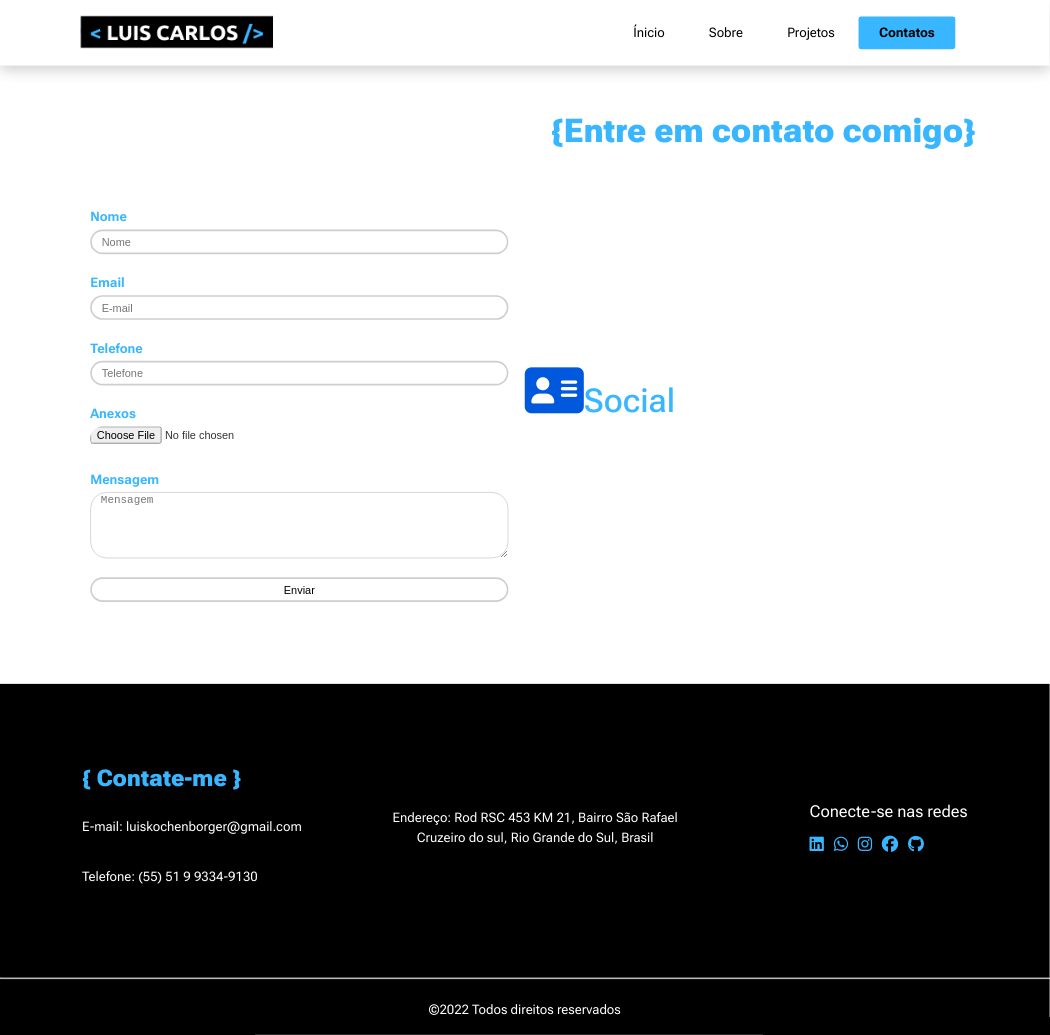
Repository: Iluiscarlos/SitePortifolio
Page: contacts.html
An editor plug-in stored every save of this project. The page is shown before and after the next save, followed by the edit.
The browser window is 1280 px wide. The pictures show the whole page, at 82% of full size.
Some web libraries are served in a nearby version.

Above is the page before, as saved 2022-05-25 17:24:34.

### contacts.html
<!DOCTYPE html>
<html lang="pt-BR">

<head>
    <meta charset="UTF-8">
    <meta name="viewport" content="width=device-width, initial-scale=1.0">
    <meta http-equiv="X-UA-Compatible" content="ie=edge">
    <title>Luís Carlos</title>
    <link rel="stylesheet" href="Styles/base/reset.css">
    <link rel="stylesheet" href="Styles/base/variables.css">
    <link rel="stylesheet" href="Styles/base/base.css">
    <link rel="stylesheet" href="Styles/layout/header.css">
    <link rel="stylesheet" href="Styles/layout/about.css">
    <link rel="stylesheet" href="Styles/layout/footer.css">
    <link rel="stylesheet" href="Styles/layout/contacts.css">
    <link rel="stylesheet" href="Styles/components/icon.css">
    <script src="https://kit.fontawesome.com/2c48374459.js" crossorigin="anonymous"></script>
    <link rel="preconnect" href="https://fonts.googleapis.com">
    <link rel="preconnect" href="https://fonts.gstatic.com" crossorigin>
    <link
        href="https://fonts.googleapis.com/css2?family=Roboto+Flex:opsz,wght@8..144,100;8..144,200;8..144,300;8..144,400;8..144,500;8..144,600;8..144,700;8..144,800;8..144,900&display=swap"
        rel="stylesheet">
</head>

<body>
    <header class="header">
        <div class="container">
        <img src="icons/logo.png" class="header__logo">
        <nav class="menu__item">
            <a href="index.html" class="menu__item">Ínicio</a>
            <a href="about.html" class="menu__item">Sobre</a>
            <a href="projects.html" class="menu__item">Projetos</a>
            <a href="contacts.html" target="_self" class=" menu__item menu__item--active">Contatos</a>
        </nav>
        </div>
    </header>
    <main class="container">
    <h1 class="about__tittle">{Entre em contato comigo}</h1>
    <section class="inbox">
        <div class="inbox__add">
        <form>
            <label for=name>Nome</label><br>
            <input class="form-item" type="text" id="name" name="name" placeholder="Nome">
            <br>
            <label for="email">Email</label><br>
            <input class="form-item" type="email" id="email" name="email" placeholder="E-mail">
            <br>
            <label for="phone">Telefone</label><br>
            <input class="form-item" type="tel" id="phone" name="phone" placeholder="Telefone">
            <br>
            <label for="attachments">Anexos</label><br>
            <input class="form-item" type="file" id="attachments" name="attachments">
            <br>
            <label for="message">Mensagem</label><br>
            <textarea class="form-item" id="message" name="message" rows="5" placeholder="Mensagem"></textarea>
            <input class="form-item" type="submit" value="Enviar">
        </form>
        </div>
        <div class="icon__large">
            <i class="fa-solid fa-address-card"></i>
        </div>
        <h1 class="subtitle">Social</h1>
        </div>
    </section>
</main>
    <footer>
        <section class="andress">
            <div class="andress__contacts">
                <h1 class="andress__contacts-tittle">{ Contate-me }</h1>
                <a class="contacts" href="mailto:luiskochenborger@gmail.com">E-mail: luiskochenborger@gmail.com</a>
                <a class="contacts" href="tel:+55051993349130">Telefone: (55) 51 9 9334-9130</a>
            </div>
            <address class="andress__add">
                Endereço: Rod RSC 453 KM 21, Bairro São Rafael<br>
                Cruzeiro do sul, Rio Grande do Sul, Brasil
            </address>
            <div class="andress__rede">
                <h1 id="andress__rede">Conecte-se nas redes</h1>
                <br>
                <a class="icon__small" href="https://www.linkedin.com/in/luis-carlos-kochenborger" target="_blank"><i
                        class="fa-brands fa-linkedin"></i></a>
                <a class="icon__small" href="https://api.whatsapp.com/send?phone=5551993349130&text=Contate-me"
                    target="_blank"><i class="fa-brands fa-whatsapp"></i></a>
                <a class="icon__small" href="https://www.instagram.com/iluis.kochenborger/" target="_blank"><i
                        class="fa-brands fa-instagram"></i></a>
                <a class="icon__small" href="https://www.facebook.com/luiscarlos.kochenborger/" target="_blank"><i
                        class="fa-brands fa-facebook"></i></a>
                <a class="icon__small" href="https://github.com/Iluiscarlos" target="_blank"><i
                        class="fa-brands fa-github"></i></a>
            </div>
        </section>
        <hr>
            <span class="footer__copy">
                &copy;2022 Todos direitos reservados
            </span>
        </footer>
    </body>
    </html>
</body>
</html>

### Styles/base/variables.css
:root{
    --color-red: #F41B3B;
    --color-green: #1EBC99;
    --color-blue: #38b6ff;
    --color-blue1: #0058dd;
    --color-purple:#6b009d;
    --color-yellow: #F9CC0D;
    --color-white: #ffffff;
    --color-black: #000000;
    --color-black1: #333;
    --color-darken-gray: #363536;
    --color-light-gray: #807E81;
    --color-gray: #4f4e50;
    --color-fa: #fafafa;
    --color-ea: #eaeaea;
    --color-cece: #cecece;

--font-family-Roboto:"Roboto Flex", 'Sans serif';
--font-size-default: 16px;
--border-radius-default:3px;

--font-family-primary: var(--font-family-Roboto);
}

### Styles/base/base.css
body {
    font-family: var(--font-family-primary);
    font-size: var(--font-size-default);
    background-color:  var(--color-white);
    color: var(--color-black1);
}


.divisor{
    size: 1;
    width: 100%;
}

.container {
    width: 1100px;
    max-width: 100%;
    margin-left: auto;
    margin-right: auto;
    margin-bottom: 60px;
  }

### Styles/layout/header.css
.header{
    position: fixed;
    height: 80px;
    font-size: 16px;
    background-color: var(--color-white);
    box-shadow: 0 5px 1em #cecece;
    top: 0;
    left: 0;
    right: 0;
}

.header .container{
    display: flex;
    align-items: center;
    height: 100%;
}
.menu__item{
    display: inline-block;
    padding: 0 25px 0;
    text-decoration: none;
    /*border-right: 2px solid var(--color-blue);*/
    color: var(--color-black);
    margin-left: auto;
}

.menu__item--active{
    color: var(--color-black);
    display: inline-block;
    text-align: center;
    font-weight: bold;
    line-height: 40px;
    border-radius: 3px;
    background: var(--color-blue);
}

/*.menu__item:last-child{
    border-right: none;
}*/

.header__logo{
    width: 250px;
}


@media only screen and (max-width: 480px){
    .header{
    display: block;
    position: fixed;
    top: 60px;
    left: 0;
    right: 0;
    bottom: 0;
    background-color: pink;
    transform: translateX(-100%);

}


    .header__menu::-webkit-scrollbar{
        width: 0;
        height: 0;
    }

    .menu__item{
        display: block;
        margin: 20px 0;
    }

}

### Styles/layout/about.css
.about{
    display: flex;
}

.about__photo{
    width: 400px;
    height: 500px;
    padding-top: 280px;
    padding-right: 50px;
    vertical-align: middle;
    object-fit: cover;
}


.about__tittle{
    color: var(--color-blue);
    font-size: 40px;
    font-weight:900;
    padding-top: 140px;
    text-align: end;
}


.about__content{
    font-family: var(--font-family-primary);
    font-size: 18px;
    padding-top: 30px;
    text-align: justify;
    line-height: 1.25;
}


a{
    text-decoration: none;
}

.bold__blue{
    font-weight: bold;
    color: var(--color-blue);
}

.bold__black{
    font-weight: bold;
    color: var(--color-black);
}


.experience{
    display: flex;
    flex-direction: column;
}

.subtitle{
    color: var(--color-blue);
    font-size: 40px;
    font-weight:500;
    padding-top: 25px;
    text-align: center;
    vertical-align:top;
}

.experience__list{
    text-align: justify;
    font-size: 18px;
    font-weight: 400;
    line-height: 25px;
}

.experience__edu{
    text-align: justify;
    font-size: 18px;
    font-weight: 400;
    line-height: 25px;
}

### Styles/layout/footer.css
footer{
display: block;
background-color: var(--color-black);
}

.andress {
    display: flex;
    height: 350px;
    color: var(--color-white);
    align-items: center;
    justify-content: space-between;
    padding-left: 100px;
}


.andress__contacts{
    display: block;
    font-size: var(--font-size-default);
    line-height: 60px;
}

.andress__contacts-tittle{
    color: var(--color-blue);
    font-size: 28px;
    font-weight: 900;

}


.contacts{
    display: block;
    text-decoration: none;
    color: var(--color-white);
}

.andress__rede{
    display: block;
    font-size: 20px;
    padding-left: 150px;
    padding-right: 100px;
}

.andress__add{
    line-height: 25px;
    padding-left: 100px;
    text-align:center;
}


.footer__copy{
    display: flex;
    height: 60px;
    font-size: var(--font-size-default);
    color: var(--color-white);
    text-align: center;
    justify-content:center;
    align-items: center;
}

### Styles/layout/contacts.css
.inbox{
    display: flex;
    align-items: center;
}

.inbox__add{
    padding-top: 50px;
    width: 50%;
}

.form-item {
    width: 100%;
    min-height: 30px;
    margin-bottom: 20px;
    box-sizing: border-box;
    border-radius: 20px;
    border-style:solid;
    border-color: var(--color-cece);
}

.form__item textarea{
    border-style:solid;
    border-color: var(--color-black);
}
.form-item::placeholder{
    padding-left: 10px;
}

.form-item#attachments{
    border-style: none;
}

form{
   /* box-sizing: border-box;
    background-color: var(--color-fa);
    border: 1px solid var(--color-ea);*/
    padding: 20px;
    border-radius: 6px;
}


label{
    color: var(--color-blue);
    font-weight: bold;
    width: 500px;
    line-height: 30px;

}


input{
    background-color: var(--color-white);
}


.social{
    text-align: center;
    width: 50%;
    box-sizing: border-box;
    padding: 40px;
    margin-left: 90px;
    background-image: linear-gradient(to right, var(--color-blue1), var(--color-black));
    border: 1px solid var(--color-ea);
    border-radius: 20px;
}

.buttom{
    width:40%;
    height:40px;
    font-size: 16px;
    color: var(--color-black);
    background-color: var(--color-blue);
    border-radius:10px;
    margin-top: 20px;
    border-style: none;
    text-decoration: none;
}

### Styles/components/icon.css
.icon__large{
    font-size: 4em;
    color: var(--color-blue1);
    text-align: center;
}

.icon__large:last-child{
    text-align: end;
}

.social .icon__large{
    color: var(--color-white);
}

.icon__medium{
    text-decoration: none;
    font-size: 2em;
    color: var(--color-white);
    letter-spacing: 15px;
}

.icon__small{
    text-decoration: none;
    text-align: end;
    font-size: 1em;
    color: var(--color-blue);
    letter-spacing: 7px;
}

.icon__small i:hover{
    transform: translateX(1px) rotate(10deg) translateY(0.3px) scale(1.2);
    transition-duration: 1000ms;
}

.icon__medium i:hover{
    transform: translateX(1px) rotate(10deg) translateY(0.3px) scale(1.2);
    transition-duration: 1000ms;
}

Loaded but not shown: Styles/base/reset.css (common file)

After the next save:
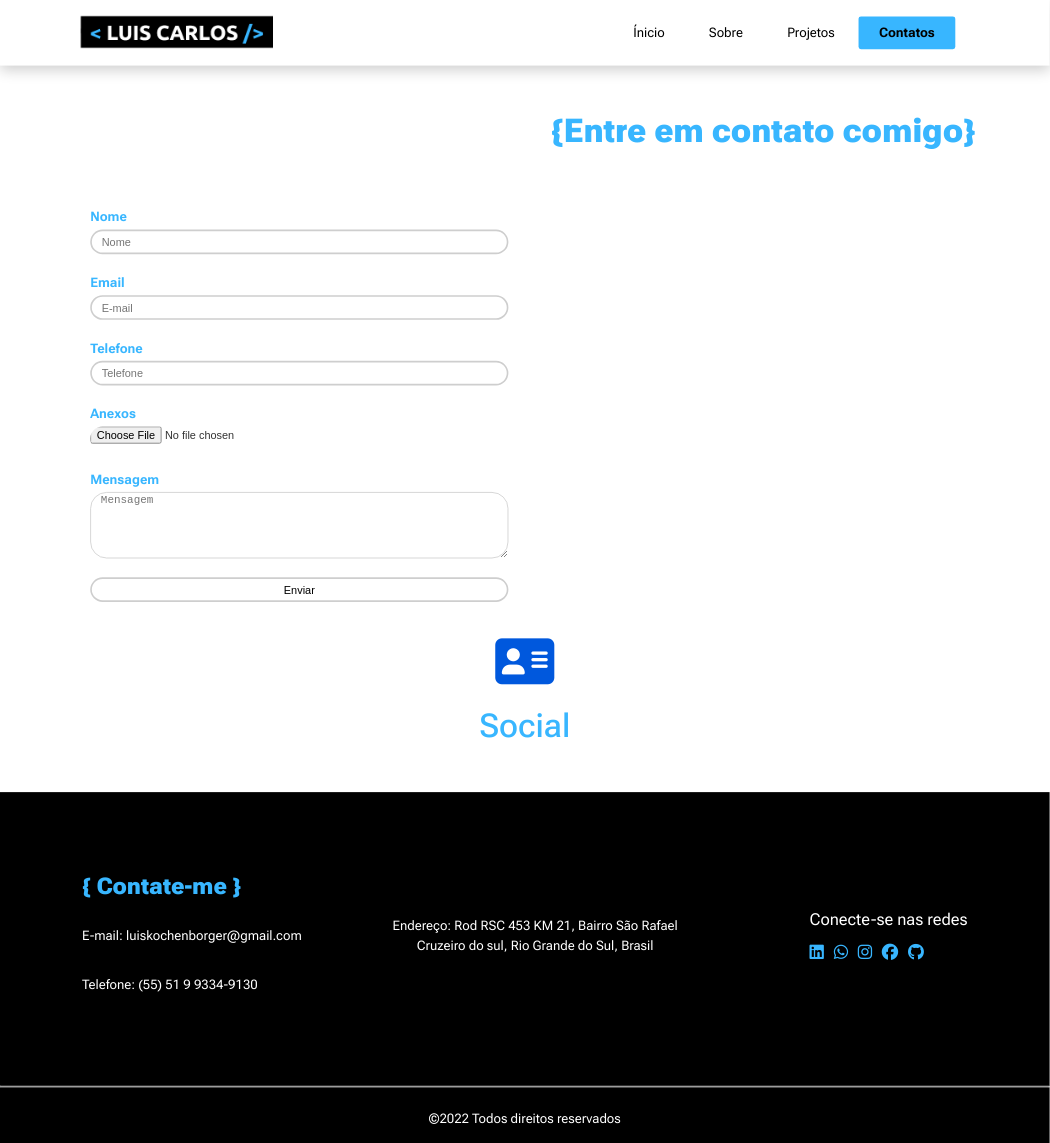
Saved 6 min 39 s later.
--- a/contacts.html
+++ b/contacts.html
@@ -55,13 +55,12 @@
             <textarea class="form-item" id="message" name="message" rows="5" placeholder="Mensagem"></textarea>
             <input class="form-item" type="submit" value="Enviar">
         </form>
-        </div>
-        <div class="icon__large">
-            <i class="fa-solid fa-address-card"></i>
-        </div>
-        <h1 class="subtitle">Social</h1>
-        </div>
     </section>
+    <div class="icon__large">
+        <i class="fa-solid fa-address-card"></i>
+    </div>
+    <h1 class="subtitle">Social</h1>
+    </div>
 </main>
     <footer>
         <section class="andress">
